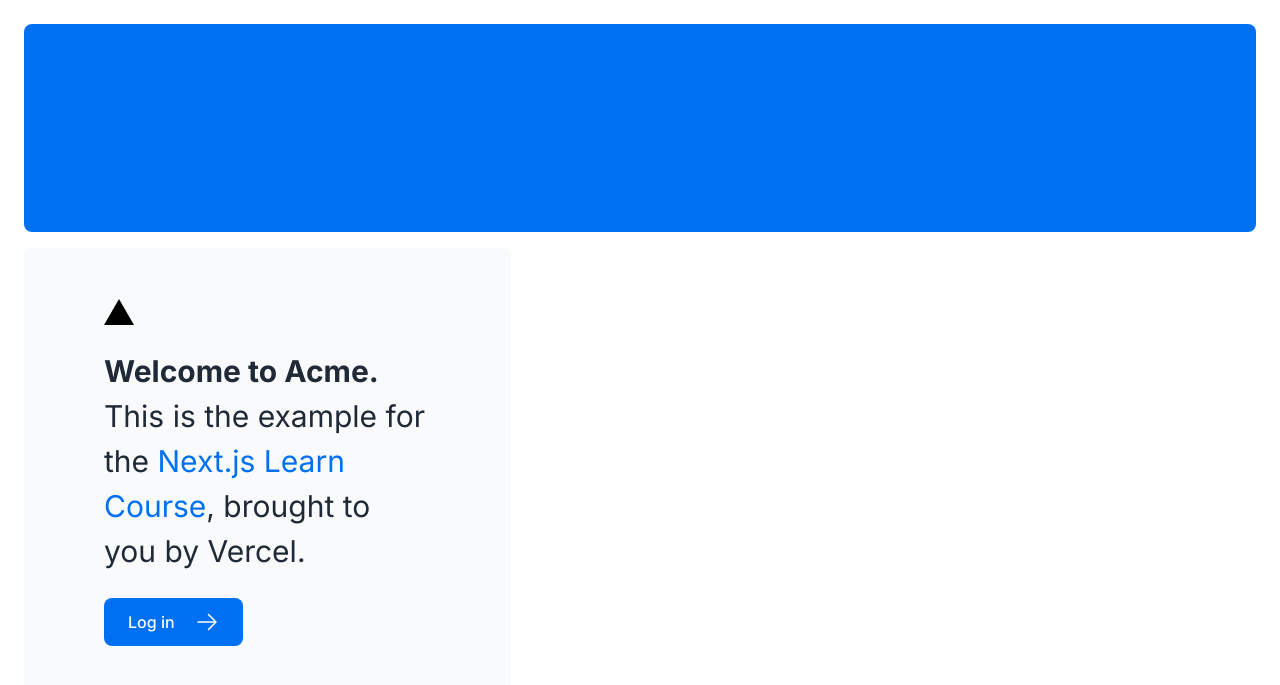
Repository: mabrinasueller/nextJS
Page: /
These files come from the project's save history. The page is drawn as it stood at one moment and after the next save; the edit follows.
The browser window is 1280 px wide. The pictures show the whole page.
Some web fonts or font styles are not loaded; a fallback is used. The project was rebuilt for these pictures with package versions that can differ from the ones it lists, and the page was loaded fresh each time. The framework's server and built-in components were replaced by stand-ins that run in the browser. Also part of the build but not shown: next.config.ts.

Above is the page before, as saved 2025-04-09 18:19:32.

After the next save:
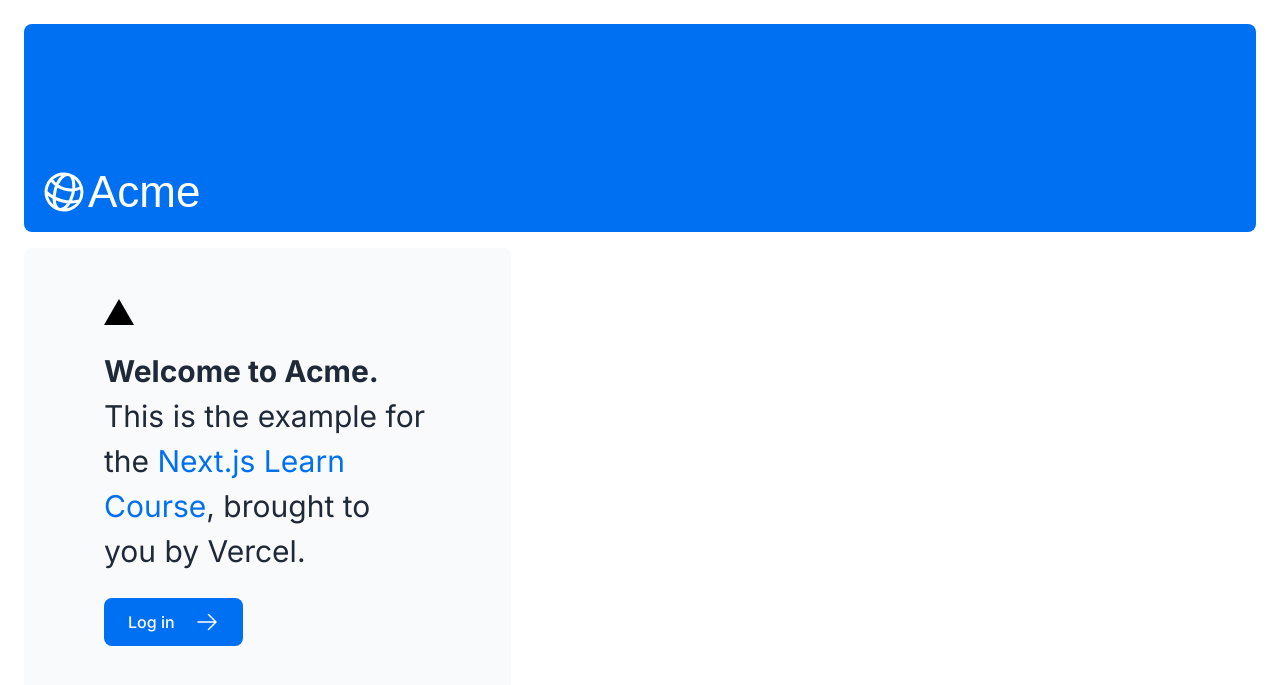
Saved 55 s later.
--- a/app/page.tsx
+++ b/app/page.tsx
@@ -1,12 +1,13 @@
 import AcmeLogo from '@/app/ui/acme-logo';
 import { ArrowRightIcon } from '@heroicons/react/24/outline';
 import Link from 'next/link';
+import { lusitana } from '@/app/ui/fonts';
 
 export default function Page() {
     return (
         <main className='flex min-h-screen flex-col p-6'>
             <div className='flex h-20 shrink-0 items-end rounded-lg bg-blue-500 p-4 md:h-52'>
-                {/* <AcmeLogo /> */}
+                {<AcmeLogo />}
             </div>
             <div className='mt-4 flex grow flex-col gap-4 md:flex-row'>
                 <div className='flex flex-col justify-center gap-6 rounded-lg bg-gray-50 px-6 py-10 md:w-2/5 md:px-20'>
